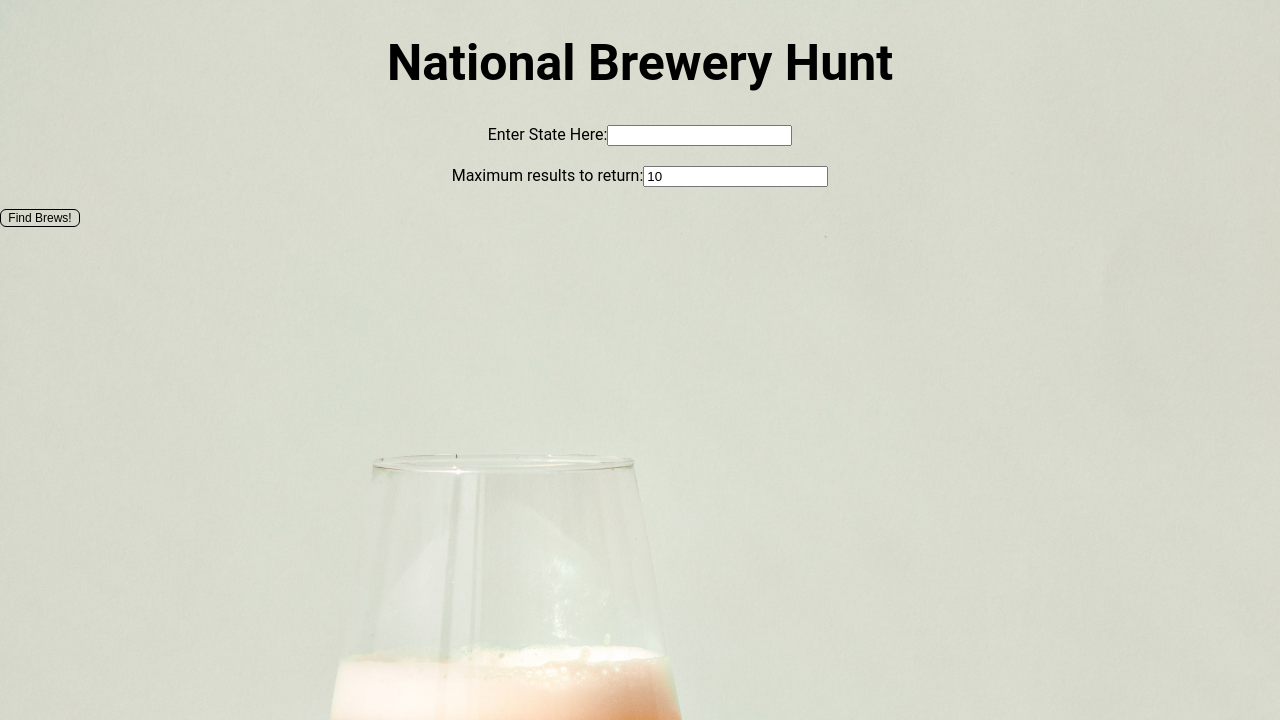
Repository: kaitlynMidori/searchBrews
Page: index.html
These files come from the project's save history. The page is drawn as it stood at one moment and after the next save; the edit follows.
The browser window is 1280 px wide. The pictures show the whole page.

Above is the page before, as saved 2021-01-08 14:10:08.

### index.html
<!DOCTYPE html>
<html lang="en">

<head>
    <meta charset="UTF-8" />
    <meta name="viewport" content="width=device-width, initial-scale=1.0" />
    <meta http-equiv="X-UA-Compatible" content="ie=edge" />
    <title>National Brewery Hunt</title>
    <link rel="stylesheet" href="style.css" />
</head>

<body>
    <div id="container">
        <h1>National Brewery Hunt</h1>

        <form id="search-form">
            <p>
                <label for="by_state">Enter State Here:</label>
                    <input type="text" name="by_state" id="by_state" required />
            </p>

            <p>
                <label for="max-results">Maximum results to return: </label>
                    <input type="number" name="max-results" id="max-results" value="10" />
            </p>

                <input type="submit" value="Find Brews!" class="submit" />
        </form>

        <p id="error-message"></p>
        <section id="results" class="hidden">
            <h2>Search results</h2>
            <ol id="results-list"></ol>
        </section>
    </div>
    <script src="https://code.jquery.com/jquery-3.3.1.js" integrity="sha256-2Kok7MbOyxpgUVvAk/HJ2jigOSYS2auK4Pfzbm7uH60=" crossorigin="anonymous"></script>
    <script src="app.js"></script>
</body>

</html>
<!-- This app doesn't follow a11y best practices, and the JS file is incomplete. Complete the getBreweries, displayResults, and watchSubmit functions. When you're done, this app should allow a user to search for a state, and display a list of breweries in that state. The list should include the brewery's name and a link to their website. You should make requests to this API: https://www.openbrewerydb.org/ . Make any necessary adjustments to make this app accessible. -->

### style.css

body {
    font-family: "Roboto", sans-serif;
    color: black;
    margin: 0;
    background: cover;
    background-image: url("screenshots/beer.jpg");
    background-repeat: repeat;
    background-size: cover;
    background-color: black;
}

.results-amount {
    border: 1px solid black;
    font-size: 12px;
    text-align: center;
}

.submit {
    border: 1px solid black;
}

.hidden {
    display: none;
}

h1  {
    text-align: center;
    font-size: 50px;
}

/* .search-form {
    text-align: center;
    display: flex;
    flex-direction: column;
    width: auto;
    border: 1px solid black;
    padding: 30px;
    margin-left: 100px;
    margin-right: 100px;
    margin-bottom: 50px;
    border-radius: 8px;
} */

legend {
    text-align: center;
}

p {
    margin: 5px;
    display: flex;
    width: auto;
    justify-content: center;
    margin: 20px 0 20px 0;
}



.results-amount {
    margin: auto;
    width: 50px;
    height: 25px;
    padding: 0px;
    text-align: center;
    margin-bottom: 10px;
    margin-top: 10px;
    border-radius: 6px;
}

.submit {
    background-color: transparent;
    width: 80px;
    height: 18px;
    margin: auto;
    border-radius: 6px;
    padding: 1px;
    font-size: 12px;
}



.submit:hover {
    cursor: pointer;
}

.results-amount:hover {
    cursor: text;
}


/*Results Styling*/

.results-display-container {
    margin: auto;
}

.single-result {
    border: 1px solid rgb(177, 175, 175);
    margin: auto;
    border-radius: 8px;
    box-shadow: -1px 2px rgb(209, 209, 209);
    padding: 15px;
    width: 1000px;
    margin-bottom: 15px;
}

### app.js
"use strict";

const searchURL = ("https://api.openbrewerydb.org/breweries");

 //format query params
function formatQueryParams(params) {
    //return object array with params
   const queryItems = Object.keys(params)
   //produce object map param string key
     .map(key => `${key}=${params[key]}`)
     //return array as string
   return queryItems.join('&');
 }

function displayResults(responseJson, maxResults) {

    // if there are previous results, remove them
    console.log(responseJson);
    $("#results-list").empty();

    // iterate through the data array
    // list brewery name, city, url
    for (let i = 0; i < responseJson.length; i++) {
    $("#results-list").append(`<li class="each-product-result">

    <h3 class="product-name">${responseJson[i].name}</h3>
    <p class="product-price">${responseJson[i].city}</p>
    <p>Brewery page: <a href=${responseJson[i].website_url}>${responseJson[i].website_url}</a></p><br>
    <br>
    </li>`
      )
  };
    //display the results section
    $("#results").removeClass("hidden");
}

//getBreweries function
function getBreweries(query, maxResults) {
    //set API paramaters
    const params = {
        by_state: query,
        per_page: maxResults,
    };
    //declare queryString as formatQueryParams
    const queryString = formatQueryParams(params);
    //declare url to bind user input string to searchUrl
    const url = searchURL + "?" + queryString;
    console.log(url);
    //initiate fetch request using pure promise to get JSON object
    fetch(url)
    //check for resolved promise
        .then((response) => {
            // if response = true
            if (response.ok) {
                //return response object
                return response.json();
            }
            //raise exception to reject promise error and trigger .catch
            throw new Error(response.statusText);
        })
        .then((responseJson) => displayResults(responseJson, maxResults))
        //Catch any errors and return message
        .catch((err) => {
            $("#error-message").text(`Something went wrong: ${err.message}`);
        });
}

function watchForm() {
    // Bind an event handler to the “submit” JavaScript event
    $("form").submit((event) => {
        // If this method is called, the default action of the event will not be triggered.
        event.preventDefault();
        let by_state = $("#by_state").val();
	// by_state = by_state.replace(/\s/g, '');
        const maxResults = $("#max-results").val();
        getBreweries(by_state, maxResults);
    });
}

//call jQuery to pass in callback function when page loads
$(watchForm);

After the next save:
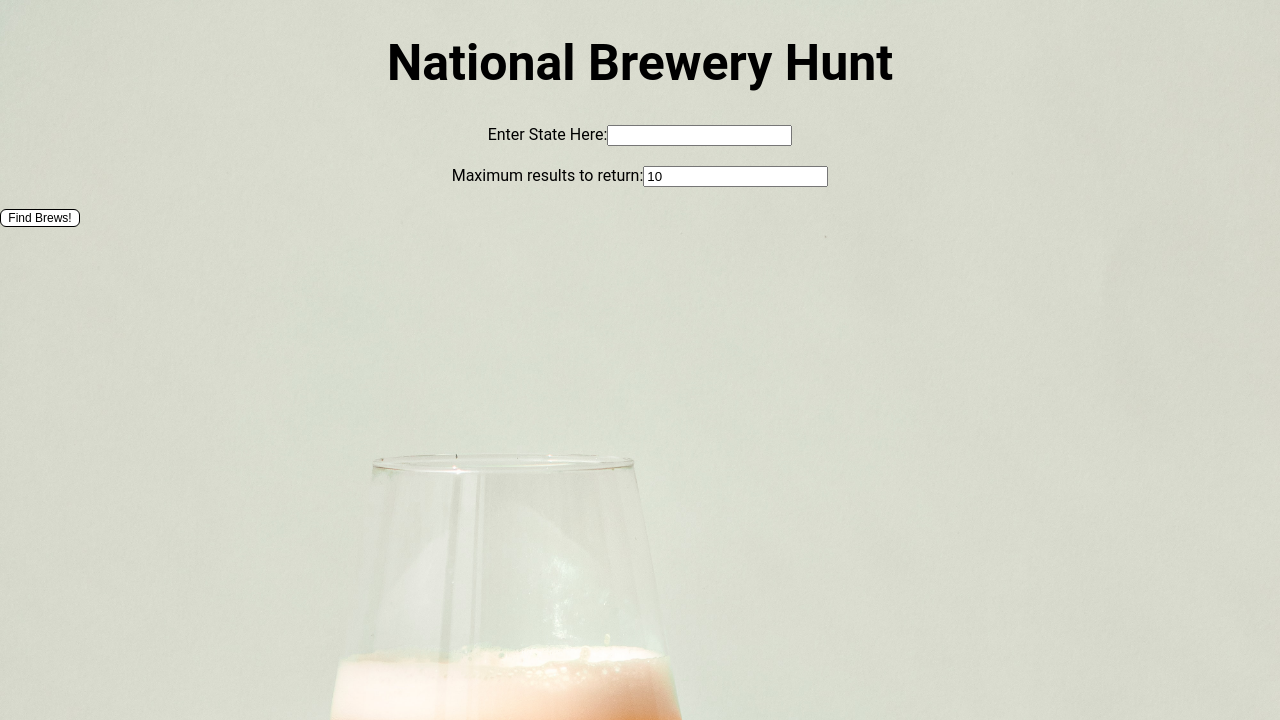
Saved 23 s later.
--- a/style.css
+++ b/style.css
@@ -54,8 +54,6 @@ p {
     margin: 20px 0 20px 0;
 }
 
-
-
 .results-amount {
     margin: auto;
     width: 50px;
@@ -68,7 +66,7 @@ p {
 }
 
 .submit {
-    background-color: transparent;
+    background-color: white;
     width: 80px;
     height: 18px;
     margin: auto;
